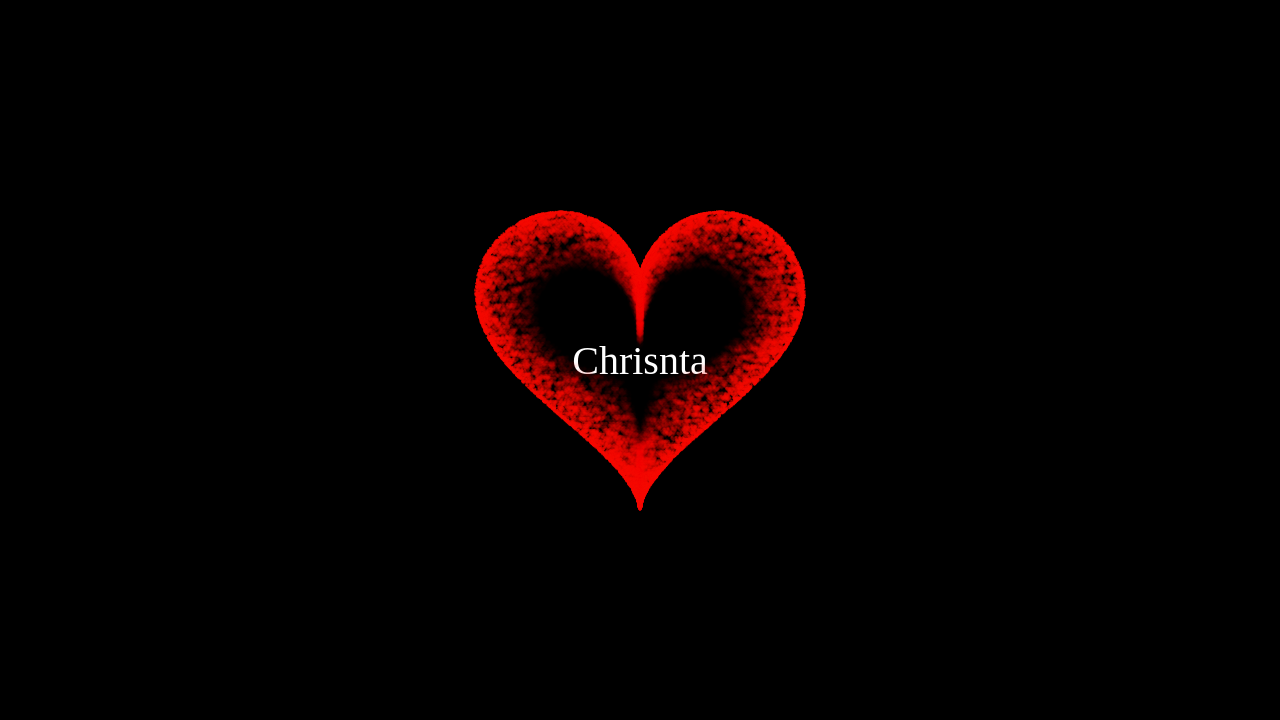
Repository: thaiduy1704/Heart
Page: index.html
The author's editor kept a copy of each file at every save. The page is drawn from the files as they stood at one save, then again after the next save.
The browser window is 1280 px wide. The pictures show the whole page.

Above is the page before, as saved 2022-11-11 01:59:32.
Not found: style.css

### index.html
<!DOCTYPE HTML PUBLIC "-//W3C//DTD HTML 4.0 Transitional//EN">
<HTML>
 <HEAD>
  <TITLE> MINH IT </TITLE>
  <META NAME="Generator" CONTENT="EditPlus">
  <META NAME="Author" CONTENT="">
  <META NAME="Keywords" CONTENT="">
  <META NAME="Description" CONTENT="">
  <link rel="stylesheet" href="style.css">
  <style>
  html, body {
  height: 100%;
  padding: 0;
  margin: 0;
  background: rgba(0, 0, 0, 0.851);
}
canvas {
  position: absolute;
  width: 100%;
  height: 100%;
}
  </style>
 </HEAD>
 <BODY>
  <div class="box">
    <canvas id="pinkboard"></canvas>
  </div>
<script>
var settings = {
  particles: {
    length:   10000, // maximum amount of particles
    duration:   4, // particle duration in sec
    velocity: 10, // particle velocity in pixels/sec
    effect: -1.3, // play with this for a nice effect
    size:      8, // particle size in pixels
  },
};
/*
 */
(function(){var b=0;var c=["ms","moz","webkit","o"];for(var a=0;a<c.length&&!window.requestAnimationFrame;++a){window.requestAnimationFrame=window[c[a]+"RequestAnimationFrame"];window.cancelAnimationFrame=window[c[a]+"CancelAnimationFrame"]||window[c[a]+"CancelRequestAnimationFrame"]}if(!window.requestAnimationFrame){window.requestAnimationFrame=function(h,e){var d=new Date().getTime();var f=Math.max(0,16-(d-b));var g=window.setTimeout(function(){h(d+f)},f);b=d+f;return g}}if(!window.cancelAnimationFrame){window.cancelAnimationFrame=function(d){clearTimeout(d)}}}());
/*
 * Point class
 */
var Point = (function() {
  function Point(x, y) {
    this.x = (typeof x !== 'undefined') ? x : 0;
    this.y = (typeof y !== 'undefined') ? y : 0;
  }
  Point.prototype.clone = function() {
    return new Point(this.x, this.y);
  };
  Point.prototype.length = function(length) {
    if (typeof length == 'undefined')
      return Math.sqrt(this.x * this.x + this.y * this.y);
    this.normalize();
    this.x *= length;
    this.y *= length;
    return this;
  };
  Point.prototype.normalize = function() {
    var length = this.length();
    this.x /= length;
    this.y /= length;
    return this;
  };
  return Point;
})();
/*
 * Particle class
 */
var Particle = (function() {
  function Particle() {
    this.position = new Point();
    this.velocity = new Point();
    this.acceleration = new Point();
    this.age = 0;
  }
  Particle.prototype.initialize = function(x, y, dx, dy) {
    this.position.x = x;
    this.position.y = y;
    this.velocity.x = dx;
    this.velocity.y = dy;
    this.acceleration.x = dx * settings.particles.effect;
    this.acceleration.y = dy * settings.particles.effect;
    this.age = 0;
  };
  Particle.prototype.update = function(deltaTime) {
    this.position.x += this.velocity.x * deltaTime;
    this.position.y += this.velocity.y * deltaTime;
    this.velocity.x += this.acceleration.x * deltaTime;
    this.velocity.y += this.acceleration.y * deltaTime;
    this.age += deltaTime;
  };
  Particle.prototype.draw = function(context, image) {
    function ease(t) {
      return (--t) * t * t + 1;
    }
    var size = image.width * ease(this.age / settings.particles.duration);
    context.globalAlpha = 1 - this.age / settings.particles.duration;
    context.drawImage(image, this.position.x - size / 2, this.position.y - size / 2, size, size);
  };
  return Particle;
})();
/*
 * ParticlePool class
 */
var ParticlePool = (function() {
  var particles,
      firstActive = 0,
      firstFree   = 0,
      duration    = settings.particles.duration;

  function ParticlePool(length) {
    // create and populate particle pool
    particles = new Array(length);
    for (var i = 0; i < particles.length; i++)
      particles[i] = new Particle();
  }
  ParticlePool.prototype.add = function(x, y, dx, dy) {
    particles[firstFree].initialize(x, y, dx, dy);

    // handle circular queue
    firstFree++;
    if (firstFree   == particles.length) firstFree   = 0;
    if (firstActive == firstFree       ) firstActive++;
    if (firstActive == particles.length) firstActive = 0;
  };
  ParticlePool.prototype.update = function(deltaTime) {
    var i;

    // update active particles
    if (firstActive < firstFree) {
      for (i = firstActive; i < firstFree; i++)
        particles[i].update(deltaTime);
    }
    if (firstFree < firstActive) {
      for (i = firstActive; i < particles.length; i++)
        particles[i].update(deltaTime);
      for (i = 0; i < firstFree; i++)
        particles[i].update(deltaTime);
    }

    // remove inactive particles
    while (particles[firstActive].age >= duration && firstActive != firstFree) {
      firstActive++;
      if (firstActive == particles.length) firstActive = 0;
    }


  };
  ParticlePool.prototype.draw = function(context, image) {
    // draw active particles
    if (firstActive < firstFree) {
      for (i = firstActive; i < firstFree; i++)
        particles[i].draw(context, image);
    }
    if (firstFree < firstActive) {
      for (i = firstActive; i < particles.length; i++)
        particles[i].draw(context, image);
      for (i = 0; i < firstFree; i++)
        particles[i].draw(context, image);
    }
  };
  return ParticlePool;
})();
/*
 * Putting it all together
 */
(function(canvas) {
  var context = canvas.getContext('2d'),
      particles = new ParticlePool(settings.particles.length),
      particleRate = settings.particles.length / settings.particles.duration, // particles/sec
      time;

  // get point on heart with -PI <= t <= PI
  function pointOnHeart(t) {
    return new Point(
      160 * Math.pow(Math.sin(t), 3),
      130 * Math.cos(t) - 50 * Math.cos(2 * t) - 20 * Math.cos(3 * t) - 10 * Math.cos(4 * t) + 25
    );
  }

  // creating the particle image using a dummy canvas
  var image = (function() {
    var canvas  = document.createElement('canvas'),
        context = canvas.getContext('2d');
    canvas.width  = settings.particles.size;
    canvas.height = settings.particles.size;
    // helper function to create the path
    function to(t) {
      var point = pointOnHeart(t);
      point.x = settings.particles.size / 2 + point.x * settings.particles.size / 350;
      point.y = settings.particles.size / 2 - point.y * settings.particles.size / 350;
      return point;
    }
    // create the path
    context.beginPath();
    var t = -Math.PI;
    var point = to(t);
    context.moveTo(point.x, point.y);
    while (t < Math.PI) {
      t += 0.01; // baby steps!
      point = to(t);
      context.lineTo(point.x, point.y);
    }
    context.closePath();
    // create the fill
    context.fillStyle = '#f50b02';
    context.fill();
    // create the image
    var image = new Image();
    image.src = canvas.toDataURL();
    return image;
  })();

  // render that thing!
  function render() {
    // next animation frame
    requestAnimationFrame(render);

    // update time
    var newTime   = new Date().getTime() / 1000,
        deltaTime = newTime - (time || newTime);
    time = newTime;

    // clear canvas
    context.clearRect(0, 0, canvas.width, canvas.height);

    // create new particles
    var amount = particleRate * deltaTime;
    for (var i = 0; i < amount; i++) {
      var pos = pointOnHeart(Math.PI - 2 * Math.PI * Math.random());
      var dir = pos.clone().length(settings.particles.velocity);
      particles.add(canvas.width / 2 + pos.x, canvas.height / 2 - pos.y, dir.x, -dir.y);
    }

    // update and draw particles
    particles.update(deltaTime);
    particles.draw(context, image);
  }

  // handle (re-)sizing of the canvas
  function onResize() {
    canvas.width  = canvas.clientWidth;
    canvas.height = canvas.clientHeight;
  }
  window.onresize = onResize;

  // delay rendering bootstrap
  setTimeout(function() {
    onResize();
    render();
  }, 10);
})(document.getElementById('pinkboard'));
  </script>
 </BODY>
</HTML>
</HTML>
  </script>
  <div class="center-text",
  style="background-color:rgb(0, 0, 0);
        width: 100%;
        color: white ;
        height:100%;
        font-size: 40px;
        font-style: Bold;
        font-family: 'Dancing Script', cursive;
        display: flex;
        align-items: center;
        justify-content: center;
        margin-bottom: 200px;
        text-align: center;">Chrisnta</div>
 </BODY>
</HTML>
<!-- color: rgb(225, 12, 168); -->

After the next save:
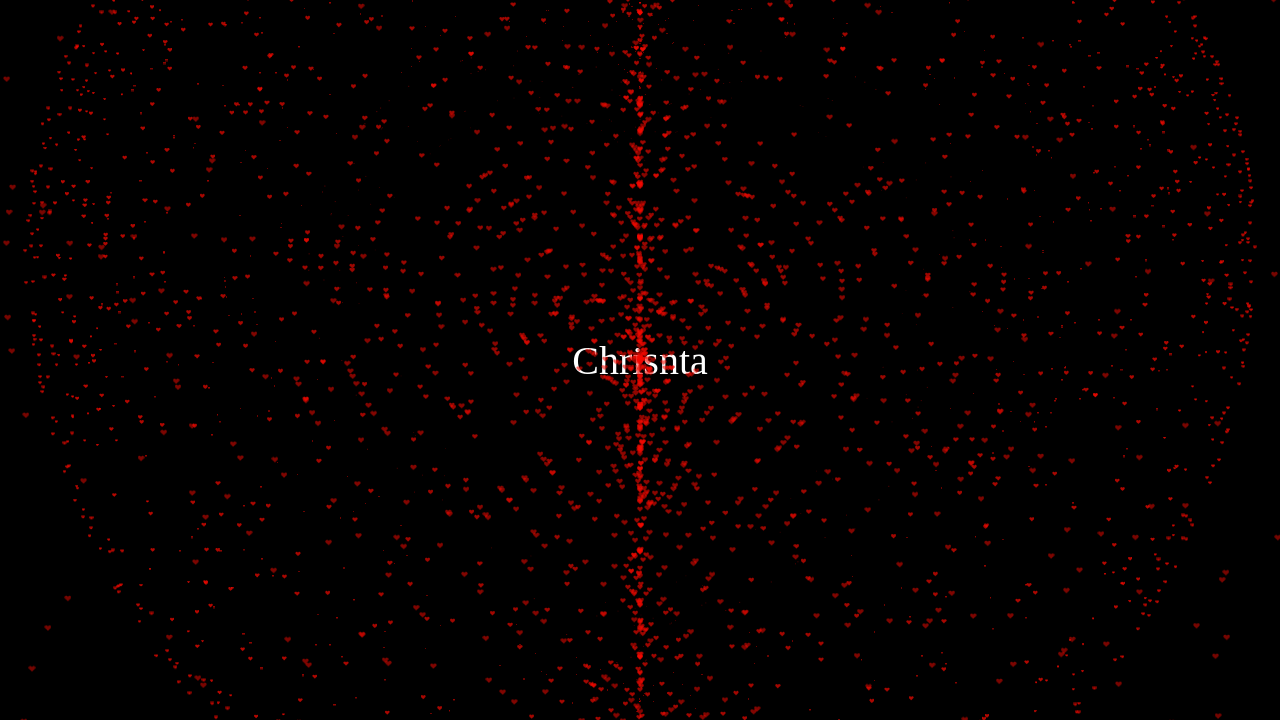
Saved 7 s later.
--- a/index.html
+++ b/index.html
@@ -30,7 +30,7 @@ var settings = {
   particles: {
     length:   10000, // maximum amount of particles
     duration:   4, // particle duration in sec
-    velocity: 10, // particle velocity in pixels/sec
+    velocity: 1200, // particle velocity in pixels/sec
     effect: -1.3, // play with this for a nice effect
     size:      8, // particle size in pixels
   },
